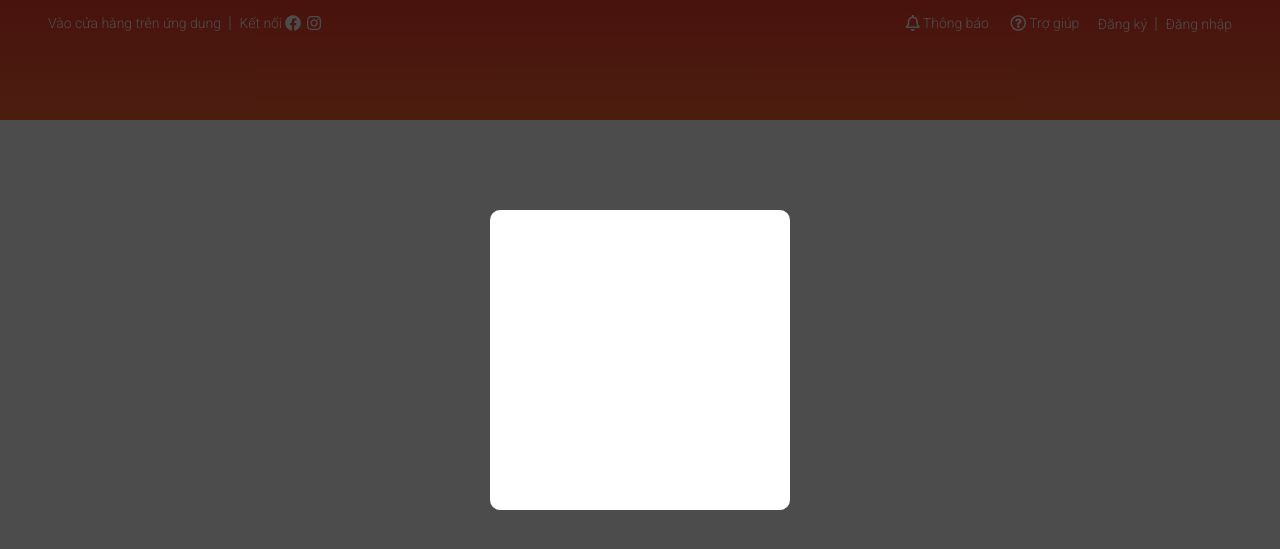
Repository: kebinh1235/Shopee-Demo
Page: index.html
The author's editor kept a copy of each file at every save. The page is drawn from the files as they stood at one save, then again after the next save.
The browser window is 1280 px wide. The pictures show the whole page.

Above is the page before, as saved 2021-10-01 21:47:44.

### index.html
<!DOCTYPE html>
<html lang="en">

<head>
  <meta charset="UTF-8">
  <meta http-equiv="X-UA-Compatible" content="IE=edge">
  <meta name="viewport" content="width=device-width, initial-scale=1.0">
  <title>F8 Shop</title>
  <link rel="stylesheet" href="./asset/css/main.css">
  <link rel="stylesheet" href="./asset/css/base.css">
  <link rel="stylesheet" href="https://cdnjs.cloudflare.com/ajax/libs/font-awesome/5.15.4/css/all.min.css">
</head>

<body>
  <div class="app">
    <header class="header">
      <div class="grid">
        <nav class="header__navbar">
          <ul class="header__navbar-list">
            <li class="header__navbar-item header__item-separator">
              Vào cửa hàng trên ứng dụng
              <div class="header__navbar-QRCode">
                <div class="header__navbar-QRCode-img">
                  <img
                    src="https://upload.wikimedia.org/wikipedia/commons/thumb/d/d0/QR_code_for_mobile_English_Wikipedia.svg/1200px-QR_code_for_mobile_English_Wikipedia.svg.png"
                    alt="">
                </div>
                <div class="header__navbar-QRCode-social">
                  <a class="header__navbar-QRCode-link" href="#">
                    <i class="fab fa-google header__navbar-QRCode-icon-google"></i>
                    <span class="header__navbar-QRCode-title-google">Google</span>
                  </a>
                  <a class="header__navbar-QRCode-link" href="#">
                    <i class="fab fa-facebook header__navbar-QRCode-icon-facebook"></i>
                    <span class="header__navbar-QRCode-title-facebook">Facebook</span>
                  </a>
                </div>
              </div>
            </li>
            <li class="header__navbar-item">
              <span class="user__select-none">Kết nối</span>
              <a class="header__navbar-link-icon" href="#">
                <i class="fab fa-facebook header__navbar-icon"></i>
              </a>
              <a class="header__navbar-link-icon" href="#">
                <i class="fab fa-instagram header__navbar-icon"></i>
              </a>
            </li>
          </ul>
          <ul class="header__navbar-list">
            <li class="header__navbar-item">
              <a href="#" class="header__navbar-link">
                <i class="far fa-bell header__navbar-icon"></i>
                Thông báo
              </a>
              <div class="header__navbar-notification">
                <div class="header__navbar-noti-heading">
                  <h3>Thông báo nhận hàng</h3>
                </div>
                <ul class="header__navbar-noti-list">
                  <li class="header__navbar-noti-list-item header__navbar-noti-list-viewd">
                    <a class="header__navbar-noti-list-link" href="#">
                      <img src="https://www.oberlo.com/media/1603958036-new-products.jpg" alt="">
                      <div class="header_navbar-noti-content">
                        <span class="header_navbar-noti-name">Xác thực chính hãng nguồn gốc các sản phẩm Ohui</span>
                        <span class="header_navbar-noti-description">Xác thực chính hãng nguồn gốc các sản phẩm
                          Ohui</span>
                      </div>
                    </a>
                  </li>
                  <li class="header__navbar-noti-list-item header__navbar-noti-list-viewd">
                    <a class="header__navbar-noti-list-link" href="#">
                      <img src="https://www.oberlo.com/media/1603958036-new-products.jpg" alt="">
                      <div class="header_navbar-noti-content">
                        <span class="header_navbar-noti-name">Xác thực chính hãng nguồn gốc các sản phẩm Ohui</span>
                        <span class="header_navbar-noti-description">Xác thực chính hãng nguồn gốc các sản phẩm
                          Ohui</span>
                      </div>
                    </a>
                  </li>
                  <li class="header__navbar-noti-list-item">
                    <a class="header__navbar-noti-list-link" href="#">
                      <img src="https://www.oberlo.com/media/1603958036-new-products.jpg" alt="">
                      <div class="header_navbar-noti-content">
                        <span class="header_navbar-noti-name">Xác thực chính hãng nguồn gốc các sản phẩm Ohui</span>
                        <span class="header_navbar-noti-description">Xác thực chính hãng nguồn gốc các sản phẩm
                          Ohui</span>
                      </div>
                    </a>
                  </li>
                </ul>
                <div class="header__navbar-noti-footer">
                  <a class="header__navbar-noti-footer-link" href="#">Xem tất cả</a>
                </div>
              </div>
            </li>
            <li class="header__navbar-item">
              <a href="#" class="header__navbar-link">
                <i class="far fa-question-circle header__navbar-icon"></i>
                Trợ giúp
              </a>
            </li>
            <li class="header__navbar-item">
              <a href="#" class="header__navbar-link header__item-bold header__item-separator">Đăng ký</a>
            </li>
            <li class="header__navbar-item">
              <a href="#" class="header__navbar-link header__item-bold">Đăng nhập</a>
            </li>
          </ul>
        </nav>
      </div>
    </header>

    <div class="container">

    </div>

    <div class="footer">

    </div>
    <!--Modal-->
    <div class="modal">
      <div class="modal__overlay"></div>
      <div class="modal__body">
        <div class="modal__inner">
          <div class="auth__form">
            <div class="auth__form-heading">

            </div>
            <div class="auth__form-form">
              <div class="auth__form-group">

              </div>
            </div>
            <div class="auth__form-note">

            </div>
            <div class="auth__form-controls">

            </div>
            <div class="auth__form-social">

            </div>
          </div>
        </div>
      </div>
    </div>
  </div>
</body>

</html>

### asset/css/main.css
.header {
  height: 120px;
  background: linear-gradient(0, #fe6433, #f53e2d)
}
.header__navbar {
  display: flex;
  justify-content: space-between;
  padding: 10px 0;
}
.header__navbar-QRCode{
  background: white;
  height: 200px;
  position: absolute;
  top: 30px;
  padding: 10px;
  display: none;
  animation: fadeIn ease-out .8s;
}
.header__navbar-item:hover .header__navbar-QRCode {
  display: block;
}
.header__navbar-item:hover .header__navbar-notification {
  display: block;
}
.header__navbar-QRCode-img{
  width: 160px;
}
.header__navbar-QRCode-img img {
  width: 100%;
}
.header__navbar-QRCode-social {
  display: flex;
  align-items: center;
  justify-content: space-between;
}
.header__navbar-QRCode-social:before {
  content: '';
  position: absolute;
  top: -8px;
  left: 0;
  width: 100%;
  height: 10px;
  background: transparent;
}
.header__navbar-QRCode-link {
  font-size: 1.4rem;
  color: var(--text-color);
}
.header__navbar-QRCode-title-google:hover {
  color: #ff1100;
  transition: var(--transition-primary);
}
.header__navbar-QRCode-title-facebook:hover {
  color: blue;
  transition: var(--transition-primary);
}
.header__navbar-QRCode-icon-google {
  color: #ff1100;
}
.header__navbar-QRCode-icon-facebook {
  color: blue;
}
.header__navbar-list {
  list-style: none;
}
.header__navbar-item {
  margin: 0 8px;
  position: relative;
  min-height: 26px;
}
.header__item-separator::after {
  content: '';
  position: absolute;
  right: -10px;
  top: 50%;
  transform: translateY(-50%);
  height: 12px;
  border: 1px solid #FB9086;
}
.header__navbar-item,
.header__navbar-link {
  display: inline-block;
  font-size: 1.4rem;
  color: var(--white-color);
  text-decoration: none;
  font-weight: 300;
}
.header__navbar-item:hover,
.header__navbar-link:hover,
.header__navbar-link-icon:hover {
  cursor: pointer;
  color: rgba(255, 255, 255, 0.7);
}
.header__navbar-item,
.header__navbar-link,
.header__navbar-link-icon {
  display: inline-flex;
  align-items: center;
}
.header__navbar-link-icon {
  color: var(--white-color);
}
.header__navbar-icon {
  font-size: 1.6rem;
  margin: 0 3px;
}
.header__item-bold {
  font-weight: 500;
}
.user__select-none {
  cursor: text;
  color: var(--white-color);
}
.header__navbar-notification{
  position: absolute;
  top: 35px;
  right: 0;
  width: 404px;
  background: var(--white-color);
  display: none;
  box-shadow: rgba(0, 0, 0, 0.16) 0px 1px 4px;
  animation: growthUp ease-in .3s;
  will-change: opacity, transform, scale;
  transform-origin: calc(100% - 20px) top;
}
.header__navbar-notification:before {
  content: "";
  position: absolute;
  top: -10px;
  right: 0;
  width: 100%;
  background: transparent;
  height: 15px;
}
.header__navbar-notification:after {
  content: "";
  position: absolute;
  top: -32px;
  right: 10px;
  border: 20px solid #000;
  border-color: transparent transparent var(--white-color) transparent;
}
.header__navbar-noti-heading{
  padding: 10px;
  box-shadow: rgba(0, 0, 0, 0.16) 0px 1px 4px;
  cursor: default;
}
.header__navbar-noti-heading h3 {
  font-size: 1.6rem;
  color: var(--text-color);
}
.header__navbar-noti-list{
  list-style: none;
  box-shadow: rgba(0, 0, 0, 0.16) 0px 1px 1px;
}
.header__navbar-noti-list-item{
  padding: 8px 10px;
}
.header__navbar-noti-list-viewd{
  background: #ffe3e3;
}
.header__navbar-noti-list-item:hover{
  background: #f3c8c8;
  transition: var(--transition-primary);
}
.header__navbar-noti-list-link{
  display: inline-flex;
  align-items: center;
}
.header__navbar-noti-list-link img{
  width: 60px;
  object-fit: contain;
}
.header_navbar-noti-content{
  padding-left: 10px;
}
.header_navbar-noti-name{
  font-size: 1.4rem;
  font-weight: bold;
  color: var(--text-color);
  margin-bottom: 5px;
  line-height: 2rem;
  text-align: justify;
  display: block;
}
.header_navbar-noti-description{
  font-size: 1.3rem;
  color: var(--text-color-rgb-black);
  display: block;
}
.header__navbar-noti-footer{
  padding: 10px;
  text-align: center;
  box-shadow: rgba(0, 0, 0, 10px) 0px 1px 1px;
}
.header__navbar-noti-footer-link{
  color: var(--text-color-rgb-black);
}

/*Start Modal*/
.modal{
  position: fixed;
  /* top: 0;
  right: 0;
  bottom: 0;
  left: 0; */
  inset: 0;
  display: flex;
}
.modal__overlay{
  position: absolute;
  width: 100%;
  height: 100%;
  background: rgba(0, 0, 0, 0.7);
}
.modal__body{
  width: 300px;
  height: 300px;
  margin: auto;
  background: #fff;
  overflow: hidden;
  z-index: 1;
  border-radius: 10px;
}
.modal__inner{

}
.auth__form{

}
.auth__form-heading{

}
.auth__form-form{

}
.auth__form-group{

}
.auth__form-note{

}
.auth__form-controls{

}
.auth__form-social{

}
/*End Modal*/

### asset/css/base.css
@import url('https://fonts.googleapis.com/css2?family=Roboto:wght@300&display=swap');
:root {
  --white-color: #fff;
  --black-color: #000;
  --text-color: #333;
  --text-color-rgb-black: rgba(0, 0, 0, 0.7);
  --transition-primary: all .2s linear;
}

* {
  margin: 0;
  padding: 0;
  box-sizing: inherit;
  text-decoration: none;
}

html {
  font-size: 62.5%;
  line-height: 1.6rem;
  border: none;
  outline: none;
  overflow: hidden;
  box-sizing: border-box;
  font-family: 'Roboto', sans-serif;
}

.grid {
  width: 1200px;
  max-width: 100%;
  margin: 0 auto;
}

.grid__full-width {
  width: 100%;
}

.grid__row {
  display: flex;
  flex-wrap: wrap;
}

/*Animation*/
@keyframes fadeIn {
  0% {
    opacity: 0;
  }
  100% {
    opacity: 1;
  }
}

@keyframes growthUp {
  0% {
    opacity: 0;
    transform: scale(0);
  }
  100% {
    opacity: 1;
    transform: scale(1);
  }
}

After the next save:
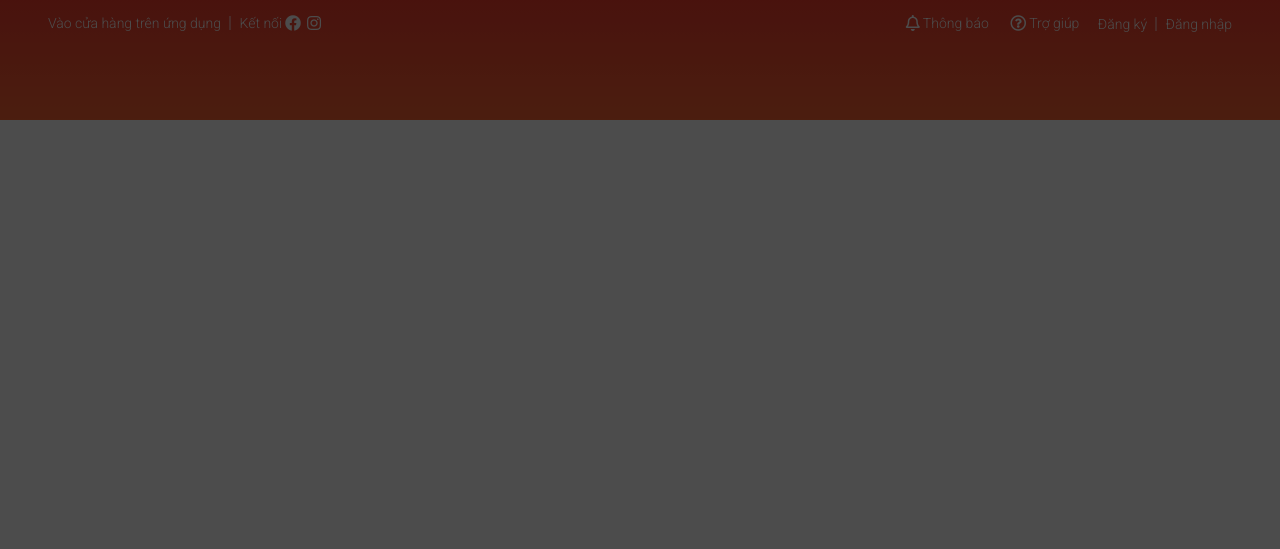
Saved 62 s later.
--- a/asset/css/main.css
+++ b/asset/css/main.css
@@ -214,8 +214,6 @@
   background: rgba(0, 0, 0, 0.7);
 }
 .modal__body{
-  width: 300px;
-  height: 300px;
   margin: auto;
   background: #fff;
   overflow: hidden;
